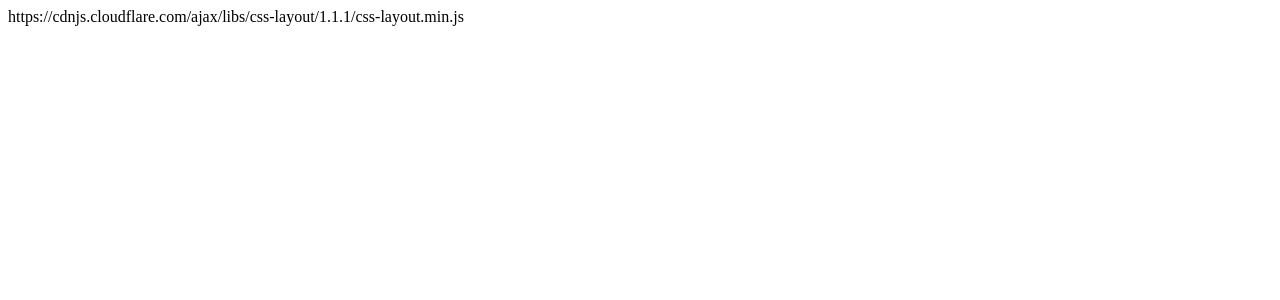
Repository: KimS112022/S3-FSJS-QAP2
Page: menu.html
These files come from the project's save history. The page is drawn as it stood at one moment and after the next save; the edit follows.
The browser window is 1280 px wide. The pictures show the whole page.

Above is the page before, as saved 2023-05-31 20:06:45.

After the next save:
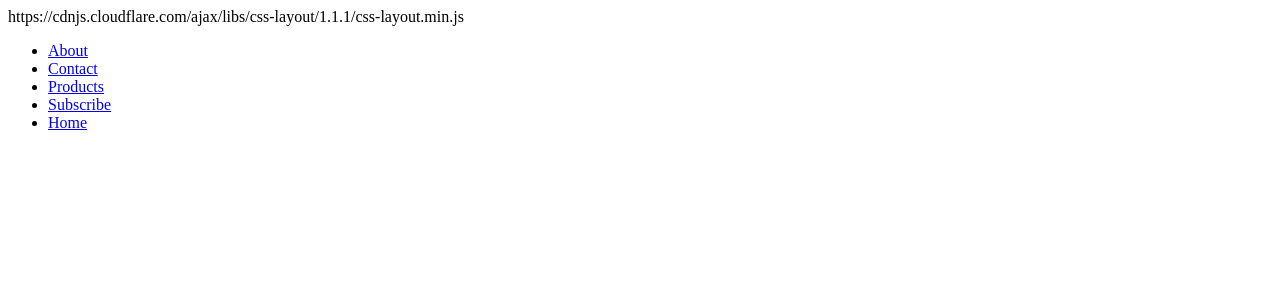
Saved 3 min 48 s later.
--- a/menu.html
+++ b/menu.html
@@ -7,5 +7,13 @@
     https://cdnjs.cloudflare.com/ajax/libs/css-layout/1.1.1/css-layout.min.js
     <title>Document</title>
   </head>
-  <body></body>
+  <body>
+    <ul class="menu">
+      <li><a href="views/about">About</a></li>
+      <li><a href="views/contact">Contact</a></li>
+      <li><a href="views/products">Products</a></li>
+      <li><a href="views/subscribe">Subscribe</a></li>
+      <li><a href="views/default">Home</a></li>
+    </ul>
+  </body>
 </html>
